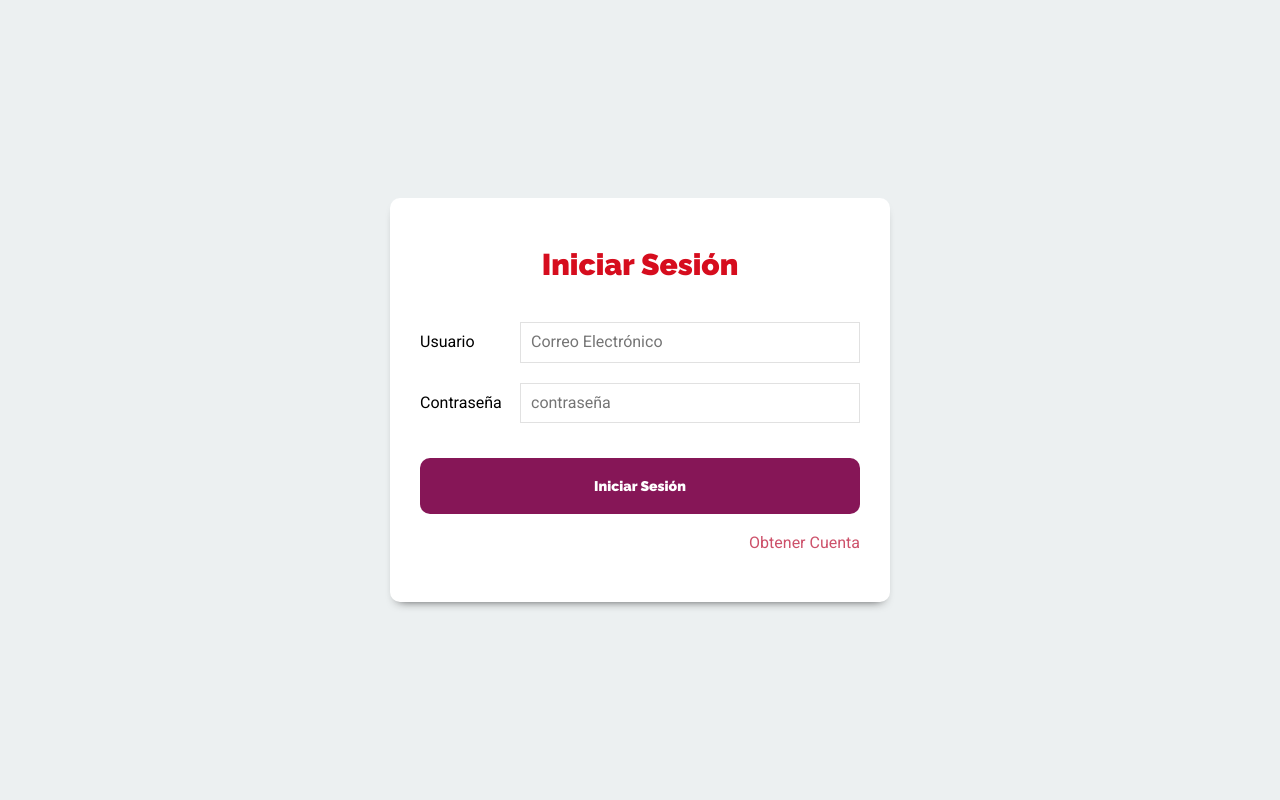
Repository: andrescovarrubias/admin-proyectos
Page: / (app in cliente/)
These files come from the project's save history. The page is drawn as it stood at one moment and after the next save; the edit follows.
The browser window is 1280 px wide. The pictures show the whole page.
The pointer rests on the first visible `.btn-primario`.
The project was rebuilt for these pictures with package versions that can differ from the ones it lists, and the page was loaded fresh each time. Also part of the build but not shown: cliente/src/components/auth/NuevaCuenta.jsx, cliente/src/components/proyectos/NuevoProyecto.jsx, cliente/src/components/layout/SideBar.jsx, cliente/src/components/proyectos/Proyectos.jsx.

Above is the page before, as saved 2020-10-31 17:34:25.

### cliente/src/index.css
:root {
  --blanco: #ffffff;
  --blanco2: #fcf7ff;
  --blanco3: #ecf0f1;
  --azul1: #258ea6;
  --morado1: #4d376d;
  --morado2: #861657;
  --azul2: #1b065e;
  --azul3: #2e4052;
  --rojo: #d60d1e;
  --rojo2: #b8082c;
  --rojo3: #b91a2f;
  --headingFont: "Raleway", sans-serif;
  --textFont: "Roboto", sans-serif;
}
*,
*:before,
*:after {
  box-sizing: inherit;
}
html {
  box-sizing: border-box;
  height: 100%;
  font-size: 62.5%;
}
body {
  min-height: 100%;
  background-color: #ecf0f1;
  font-size: 16px;
  font-size: 1.6rem;
  font-family: var(--textFont);
}

h1,
h2 {
  font-family: var(--headingFont);
  font-weight: 900;
  margin: 0 0 4rem 0;
  text-align: center;
  color: var(--rojo);
}
h1 span {
  font-weight: 400;
}
h1 {
  font-size: 3rem;
}
h2 {
  font-size: 2.4rem;
}
ul {
  list-style: none;
  padding: 0;
  margin: 0;
}
a {
  text-decoration: none;
  color: var(--gris2);
}

/** BOTONES **/
.btn {
  margin-top: 2vh;
  font-family: var(--headingFont);
  padding: 20px;
  font-size: 14px;
  font-weight: bold;
  border-radius: 10px;
  border: none;
  transition: background-color 0.3s ease;
}
.btn:hover {
  cursor: pointer;
}
.btn-primario {
  background-color: var(--morado2);
  color: var(--blanco);
}
.btn-primario:hover {
  background: var(--morado2);
}
.btn-secundario {
  background-color: var(--rojo2);
}
.btn-block {
  display: block;
  width: 100%;
}
.btn-submit:hover {
  background-color: #b91a2f;
}
.btn-blank {
  margin: 0;
  padding: 0;
  display: block;
  background-color: transparent;
}

@media (min-width: 768px) {
  .contenedor-app {
    display: flex;
    min-height: 100vh;
  }

  aside {
    background-color: var(--blanco);
    flex: 0 0 300px;
  }
  .seccion-principal {
    flex: 1;
  }
}

/* BARRA LATERAL */
aside {
  padding: 3rem;
}

.formulario-nuevo-proyecto {
  margin-top: 6rem;
}
.formulario-nuevo-proyecto .input-text {
  border-bottom: 1px solid var(--gris2);
  border-radius: 0;
  background-color: var(--gris1);
}
.formulario-nuevo-proyecto .input-text::placeholder {
  color: var(--gris2);
}
.proyectos {
  margin-top: 5vh;
}
.listado-proyectos li {
  margin-bottom: 2rem;
}
.listado-proyectos li a {
  font-size: 1.4rem;
  color: var(--gris2);
  line-height: 1.5;
  font-weight: 300;
}
.app-header {
  display: flex;
  justify-content: space-between;
  background-color: var(--gris2);
  padding: 4rem;
}
.nombre-usuario {
  color: var(--blanco);
  font-size: 2.2rem;
  margin: 0;
}
.nombre-usuario span {
  font-weight: 900;
}
.nav-principal a {
  color: var(--blanco);
  text-decoration: none;
}
.nav-principal a:first-of-type {
  margin-right: 2rem;
}

/** Formulario crear y editar tareas **/
.formulario {
  background-color: var(--gris3);
  padding: 4rem;
}
.formulario form {
  max-width: 600px;
  margin: 0 auto;
}
.contenedor-input {
  display: flex;
}
.contenedor-input label {
  margin-bottom: 1rem;
  color: var(--blanco);
}
.input-text {
  padding: 1rem;
  border: none;
  border-radius: 0.5rem;
  flex: 1;
  width: 100%;
}

/** TAREAS LISTADO **/
.contenedor-tareas {
  padding: 4rem;
}

.listado-tareas {
  max-width: 600px;
  margin: 0 auto;
}

.tarea {
  display: flex;
  justify-content: space-between;
  background-color: var(--blanco);
  padding: 0.5rem 2rem;
  align-items: center;
  margin-bottom: 1rem;
  border-radius: 0.5rem;
}
.sombra {
  -webkit-box-shadow: 0px 4px 10px -3px rgba(117, 117, 117, 1);
  -moz-box-shadow: 0px 4px 10px -3px rgba(117, 117, 117, 1);
  box-shadow: 0px 4px 10px -3px rgba(117, 117, 117, 1);
}
.sombra-dark {
  -webkit-box-shadow: 0px 6px 11px -8px rgba(0, 0, 0, 0.9);
  -moz-box-shadow: 0px 6px 11px -8px rgba(0, 0, 0, 0.9);
  box-shadow: 0px 6px 11px -8px rgba(0, 0, 0, 0.9);
}
.tarea .acciones .btn:first-of-type {
  margin-right: 1rem;
}
.tarea p {
  font-size: 1.6rem;
  flex: 1;
  padding-right: 2rem;
}
.tarea .btn {
  padding: 0.8rem;
  font-size: 1.4rem;
  border-radius: 0;
  margin: 0;
}

.estado {
  margin-right: 1rem;
}
.estado button,
.mensaje {
  font-weight: 900;
  font-family: var(--textFont);
  font-size: 1rem;
  padding: 0.5rem;
  border-radius: 0.5rem;
  cursor: pointer;
  border: none;
}
.mensaje {
  text-align: center;
  font-size: 1.6rem;
  border-radius: 0;
}
.mensaje:hover {
  cursor: default;
}
.completo,
.correcto {
  background-color: rgba(154, 252, 154, 0.3);
  color: var(--gris3);
}
.incompleto {
  background-color: rgba(255, 178, 178, 0.4);
  color: var(--gris3);
}
.error {
  max-width: 600px;
  margin: 2rem auto 0 auto;
  background-color: rgb(170, 0, 0);
  color: var(--blanco);
}

.tarea-enter,
.proyecto-enter {
  opacity: 0;
}
.tarea-enter-active,
.proyecto-enter-active {
  opacity: 1;
  transition: opacity 200ms;
}
.tarea-exit,
.proyecto-exit {
  opacity: 1;
}
.tarea-exit-active,
.proyecto-exit-active {
  opacity: 0;
  transition: opacity 200ms;
}

.form-usuario {
  height: 100vh;
  min-height: 800px;
  display: flex;
  align-items: center;
  justify-content: center;
}

.contenedor-form {
  padding: 5rem 3rem;
  max-width: 500px;
  width: 95%;
  background-color: var(--blanco);
  border-radius: 1rem;
}
.contenedor-form h1 {
  color: var(--rojo);
}

.campo-form {
  display: flex;
  margin-bottom: 2rem;
  align-items: center;
}
.campo-form:last-of-type {
  margin: 0;
}
.campo-form label {
  flex: 0 0 100px;
  font-family: var(--textFont);
}
.campo-form input[type="password"],
.campo-form input[type="email"],
.campo-form input[type="text"] {
  border: 1px solid #e1e1e1;
  padding: 1rem;
  flex: 1;
}

.enlace-cuenta {
  margin-top: 2rem;
  display: block;
  opacity: 0.7;
  float: right;
  color: var(--rojo2);
}
.enlace-cuenta:hover {
  text-decoration: underline var(--rojo);
}

.alerta {
  position: fixed;
  top: 0;
  left: 0;
  padding: 1rem 3rem;
  border-radius: 1rem;
  font-family: var(--headingFont);
  font-weight: 600;
  text-transform: uppercase;
  font-size: 2.2rem;
  text-align: center;
  width: 100%;
}
@media (min-width: 768px) {
  .alerta {
    width: auto;
    top: 30px;
    right: 10px;
    left: auto;
  }
}

.alerta-ok {
  background-color: rgb(109, 211, 109);
  color: rgb(2, 103, 2);
}
.alerta-error {
  background-color: rgb(230, 78, 78);
  color: var(--blanco);
}

### cliente/src/App.js
import React, {Fragment, useState, useEffect, useContext} from 'react';
import Login from './components/auth/Login';
import NuevaCuenta from './components/auth/NuevaCuenta';
import Proyectos from './components/proyectos/Proyectos';

import {BrowserRouter as Router, Switch, Route} from 'react-router-dom';


function App() {
  return (
    <Router>
      <Switch>
        <Route exact path='/' component = {Login} />
        <Route exact path='/nueva-cuenta' component = {NuevaCuenta} />
        <Route exact path='/proyectos' component = {Proyectos} />
      </Switch>
    </Router>
  );
}

export default App;

### cliente/src/components/auth/Login.jsx
import React, { useState } from 'react';
import {Link} from 'react-router-dom';


const Login = () => {

     // state para iniciar sesion
     const [usuario, guardarUsuario] = useState ({
          email:'',
          password:''
     });

     // extraer el usuario
     const {email, password} = usuario;

     const onChange = e => {
          guardarUsuario({
               ...usuario,
               [e.target.name] : e.target.value
          })
     }


     // cuando el usuario quiere iniciar sesion
     const onSubmit = e => {
          e.preventDefault();

          // validar que no haya campos vacios

          // contraseña minimo de 6 caracteres

          // contraseña iguales

          // pasarlo al action

     }

     return (
          <div className="form-usuario">
               <div className="contenedor-form sombra-dark">
                    <h1>Iniciar Sesión</h1>
                    <form
                         onSubmit = {onSubmit}
                    >
                         <div className="campo-form">
                              <label htmlFor="email">Usuario</label>
                              <input
                                   type="email"
                                   id="email"
                                   name="email"
                                   placeholder="Correo Electrónico"
                                   autocomplete="off"
                                   required
                                   value={email}
                                   onChange={onChange}
                              />
                         </div>
                         <div className="campo-form">
                              <label htmlFor="password">Contraseña</label>
                              <input
                                   type="password"
                                   id="password"
                                   name="password"
                                   placeholder="contraseña"
                                   autocomplete="off"
                                   value={password}
                                   required
                                   onChange={onChange}
                              />
                         </div>

                         <div className="campo-form">
                              <input type="submit" className=" btn btn-primario btn-block" value="Iniciar Sesión"/>
                         </div>
                    </form>
                    <Link to={'/nueva-cuenta'} className="enlace-cuenta">
                         Obtener Cuenta
                    </Link>
               </div>
          </div>
      );
}

export default Login;

Loaded but not shown: cliente/public/index.html (common file); cliente/src/index.js (common file); cliente/src/reportWebVitals.js (common file); cliente/public/manifest.json (common file)

After the next save:
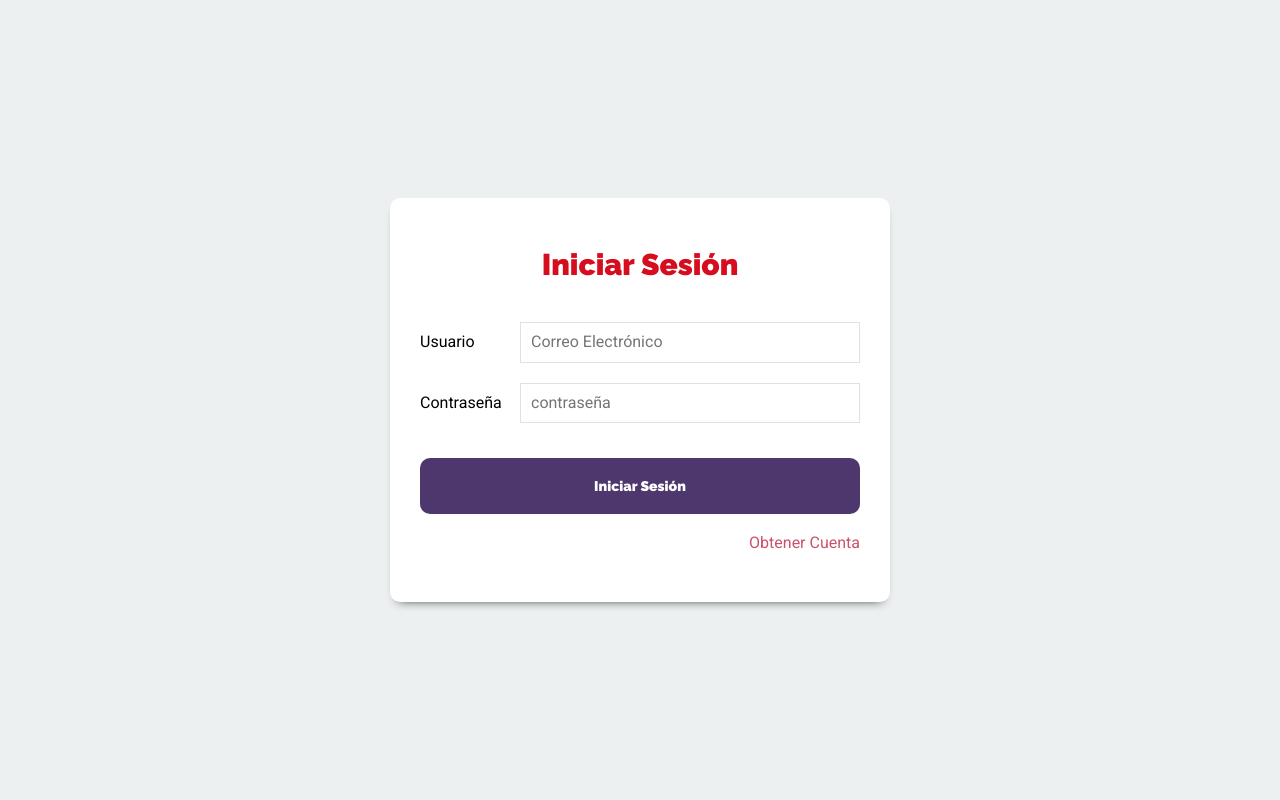
Saved 7 s later.
--- a/cliente/src/index.css
+++ b/cliente/src/index.css
@@ -77,7 +77,7 @@ a {
   color: var(--blanco);
 }
 .btn-primario:hover {
-  background: var(--morado2);
+  background: var(--morado1);
 }
 .btn-secundario {
   background-color: var(--rojo2);
